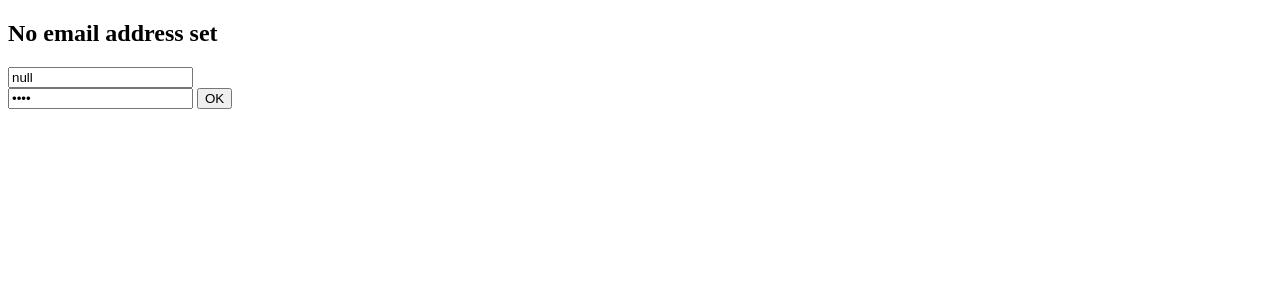
Repository: rkolan/DemoOne
Page: http://localhost/Tutorial-6-Forms/SelfValidatingForm.jsp
These files come from the project's save history. The page is drawn as it stood at one moment and after the next save; the edit follows.
The browser window is 1280 px wide. The pictures show the whole page.
The page is served by Tomcat 9. Other server files are loaded and not shown.

Above is the page before, as saved 2015-12-14 22:29:03.

### Tutorial-6-Forms/WebContent/SelfValidatingForm.jsp
<%@ page language="java" contentType="text/html; charset=ISO-8859-1"
    pageEncoding="ISO-8859-1"%>
<!DOCTYPE html PUBLIC "-//W3C//DTD HTML 4.01 Transitional//EN" "http://www.w3.org/TR/html4/loose.dtd">
<html>
<head>
<meta http-equiv="Content-Type" content="text/html; charset=ISO-8859-1">
<title>Insert title here</title>
</head>
<body>

<jsp:useBean id="user1" class="beans.User" scope="session"></jsp:useBean>
<jsp:setProperty name="user" property="*"/>


<%
String action=request.getParameter("action");
if(user1.validate()){
	request.getRequestDispatcher("/Controller").forward(request, response);
}

%>
<h2>
<jsp:getProperty name="user1" property="message" />
</h2>

<form action="/Tutorial-6-Forms/SelfValidatingForm.jsp" method="post">

<input type="hidden" name="action" value="formsubmit" />
<input type="text" name="user" value="<jsp:getProperty name="user1" property="user" />"/> <br/>
<input type="password" name="password" value="<jsp:getProperty name="user1" property="password" />"/>
<input type="submit" value="OK" />
</form>
</body>
</html>

### Tutorial-6-Forms/src/beans/User.java
package beans;

public class User {
	private String user;
	private String password;
	private String message =" Error page";
	public String getMessage() {
		return message;
	}


	public User(){

	}

	public User(String user, String password) {
		super();
		this.user = user;
		this.password = password;
	}

	public String getUser() {
		return user;
	}
	public void setUser(String user) {
		this.user = user;
	}
	public String getPassword() {
		return password;
	}
	public void setPassword(String password) {
		this.password = password;
	}
public boolean validate(){
	if(user==null) {
		message="No email address set";
		return false;
	}

	if(password==null) {
		message="No password entered";
		return false;
	}
	if(!user.matches("\\w+@\\w+\\.\\w+")) {
		message="Invalid email address";
		return false;
	}
	if(password.length()<8) {
		message="password must be 8 characters.";
		return false;
	}
	else if(password.matches("\\w*\\s+\\w*")){
		message="password cannot contain space";
		return false;
	}
	return true;
}

}

After the next save:
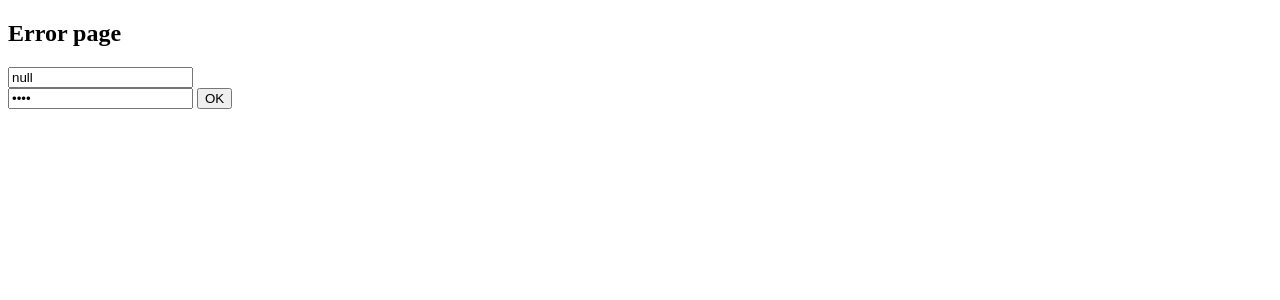
Saved 5 h 17 min later.
--- a/Tutorial-6-Forms/WebContent/SelfValidatingForm.jsp
+++ b/Tutorial-6-Forms/WebContent/SelfValidatingForm.jsp
@@ -14,8 +14,10 @@
 
 <%
 String action=request.getParameter("action");
+if(action != null && action.equals("formsubmit")){
 if(user1.validate()){
 	request.getRequestDispatcher("/Controller").forward(request, response);
+}
 }
 
 %>
